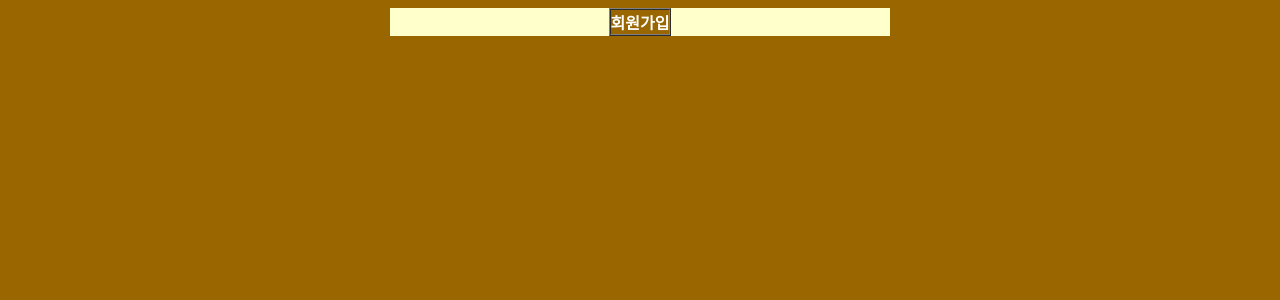
Repository: beom324/jsp-servlet
Page: http://localhost/day1226/member.jsp
An editor plug-in stored every save of this project. The page is shown before and after the next save, followed by the edit.
The browser window is 1280 px wide. The pictures show the whole page.
The page is served by Tomcat 9. Other server files are loaded and not shown.

Above is the page before, as saved 2023-12-26 00:32:08.

### day1226/src/main/webapp/member.jsp
<%@ page language="java" contentType="text/html; charset=UTF-8"
    pageEncoding="UTF-8"%>
<!DOCTYPE html>
<html>
<head>
<meta charset="UTF-8">
<title>Insert title here</title>
</head>
<body bgcolor="#996600">
	<table width ="500" align="center" cellpadding="0" cellspacing="0">
		<tr>
			<td align ="center" valign="middle" bgcolor="#ffffcc">
				<table border="1" cellpadding="0" cellspacing="0" align="center">
					<form name="regForm" method="post" action="memberProc.jsp">
						<tr align="center" bgcolor="#996600">
							<td colspan="3">
								<font color="#ffffff"><b>회원가입</b></font>
							</td>
						</tr>
					</form>
				</table>
			</td>
		</tr>


	</table>

</body>
</html>

After the next save:
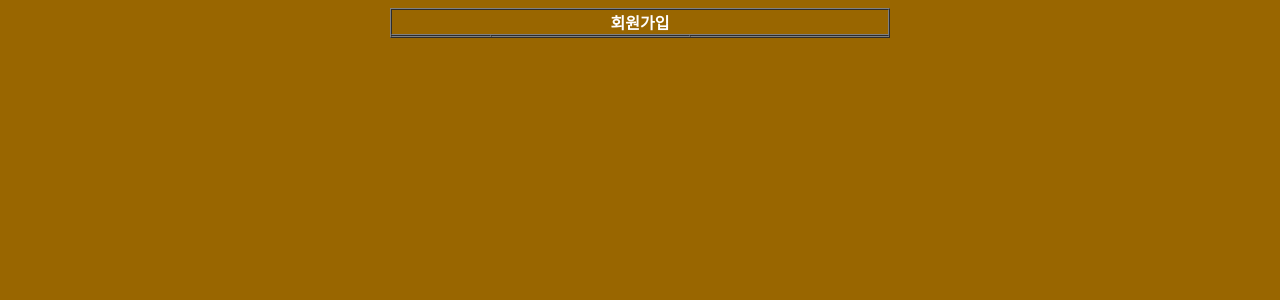
Saved 56 s later.
--- a/day1226/src/main/webapp/member.jsp
+++ b/day1226/src/main/webapp/member.jsp
@@ -17,6 +17,11 @@
 								<font color="#ffffff"><b>회원가입</b></font>
 							</td>
 						</tr>
+						<tr>
+							<td width="100"></td>
+							<td width="200"></td>
+							<td width="200"></td>
+						</tr>
 					</form>
 				</table>
 			</td>
